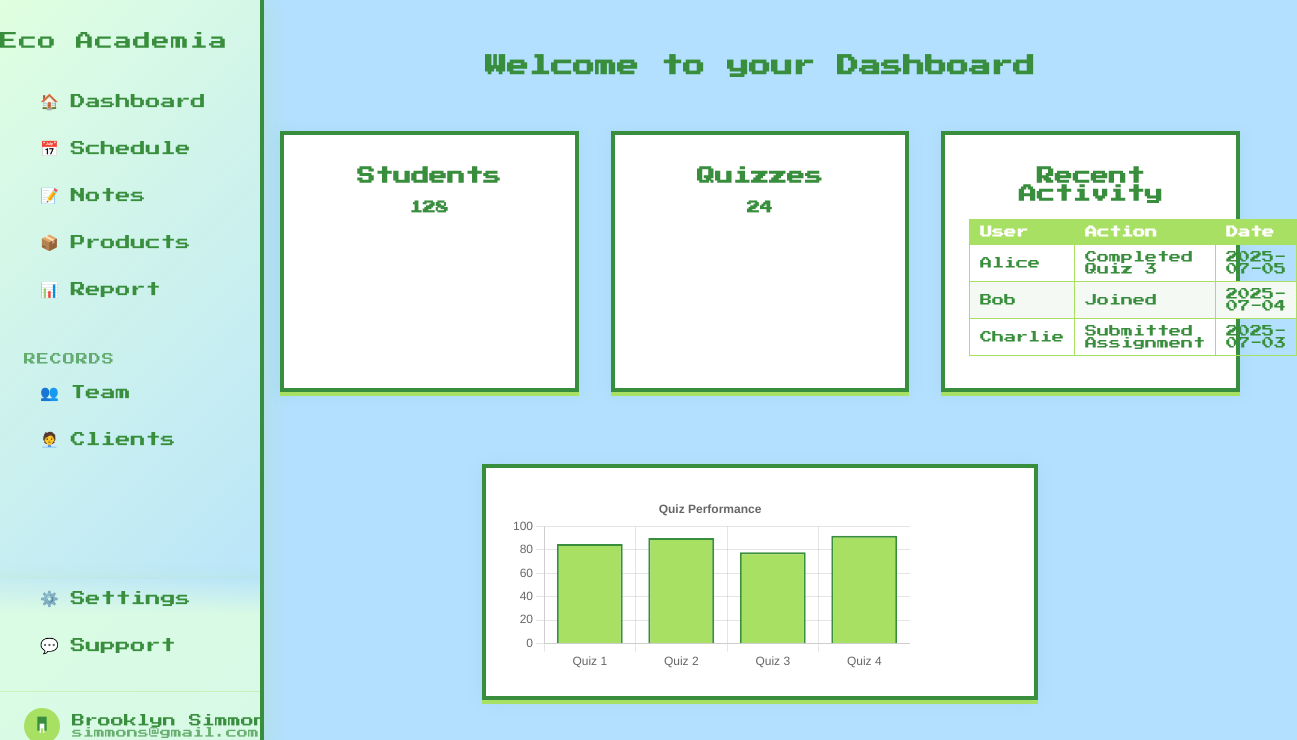
Repository: hotaruhshs/eco-academia
Page: admin/dashboard.html
The author's editor kept a copy of each file at every save. The page is drawn from the files as they stood at one save, then again after the next save.
The browser window is 1280 px wide. The page is 1297 px wide, so the pictures cover 1297 px, including what lies to the right of the window. The pictures show the whole page.

Above is the page before, as saved 2025-07-06 09:30:25.

### admin/dashboard.html
<!DOCTYPE html>
<html lang="en">
  <head>
    <meta charset="UTF-8" />
    <meta name="viewport" content="width=device-width, initial-scale=1.0" />
    <title>Eco Academia Dashboard</title>
    <link rel="stylesheet" href="css/dashboard.css" />
    <link
      href="https://fonts.googleapis.com/css2?family=Press+Start+2P&display=swap"
      rel="stylesheet"
    />
  </head>
  <body>
    <div class="sidebar">
      <div class="sidebar-header">
        <span class="sidebar-title">Eco Academia</span>
      </div>
      <div class="sidebar-content">
        <div class="sidebar-section">
          <ul>
            <li>
              <a href="#"><span>🏠</span> Dashboard</a>
            </li>
            <li>
              <a href="#"><span>📅</span> Schedule</a>
            </li>
            <li>
              <a href="#"><span>📝</span> Notes</a>
            </li>
            <li>
              <a href="#"><span>📦</span> Products</a>
            </li>
            <li>
              <a href="#"><span>📊</span> Report</a>
            </li>
          </ul>
        </div>
        <div class="sidebar-section">
          <div class="sidebar-section-title">RECORDS</div>
          <ul>
            <li>
              <a href="#"><span>👥</span> Team</a>
            </li>
            <li>
              <a href="#"><span>🧑‍💼</span> Clients</a>
            </li>
          </ul>
        </div>
      </div>
      <div class="sidebar-bottom">
        <div class="sidebar-section">
          <ul>
            <li>
              <a href="#"><span>⚙️</span> Settings</a>
            </li>
            <li>
              <a href="#"><span>💬</span> Support</a>
            </li>
          </ul>
        </div>
        <div class="sidebar-profile">
          <div class="sidebar-profile-img">
            <img
              src="images/leaf.svg"
              alt="Profile"
              width="28"
              height="28"
              style="image-rendering: pixelated"
            />
          </div>
          <div class="sidebar-profile-info">
            <span class="sidebar-profile-name">Brooklyn Simmons</span>
            <span class="sidebar-profile-email">simmons@gmail.com</span>
          </div>
        </div>
      </div>
    </div>
    <div class="main-content">
      <h1>Welcome to your Dashboard</h1>
      <div class="metrics-cards">
        <div class="card metric-card">
          <h3>Students</h3>
          <p class="metric-value">128</p>
        </div>
        <div class="card metric-card">
          <h3>Quizzes</h3>
          <p class="metric-value">24</p>
        </div>
        <div class="card metric-card">
          <h3>Recent Activity</h3>
          <table class="activity-table">
            <thead>
              <tr>
                <th>User</th>
                <th>Action</th>
                <th>Date</th>
              </tr>
            </thead>
            <tbody>
              <tr>
                <td>Alice</td>
                <td>Completed Quiz 3</td>
                <td>2025-07-05</td>
              </tr>
              <tr>
                <td>Bob</td>
                <td>Joined</td>
                <td>2025-07-04</td>
              </tr>
              <tr>
                <td>Charlie</td>
                <td>Submitted Assignment</td>
                <td>2025-07-03</td>
              </tr>
            </tbody>
          </table>
        </div>
      </div>
      <div class="charts-section">
        <canvas id="progressChart" width="400" height="180"></canvas>
      </div>
    </div>
    <script src="js/dashboard.js"></script>
  </body>
</html>

### admin/css/dashboard.css
body {
  margin: 0;
  font-family: "Press Start 2P", "Segoe UI", Tahoma, Geneva, Verdana, sans-serif;
  background: #b3e0ff;
  color: #23272e;
  min-height: 100vh;
  height: 100dvh;
  /* Remove flex layout from body to allow normal block flow */
}

body::before,
body::after {
  display: none;
}
@import url("https://fonts.googleapis.com/css2?family=Press+Start+2P&display=swap");

.sidebar {
  position: fixed;
  left: 0;
  top: 0;
  width: 260px;
  min-height: 100vh;
  height: 100vh;
  display: flex;
  flex-direction: column;
  align-items: stretch;
  justify-content: flex-start;
  background: linear-gradient(135deg, #e0ffe0 0%, #b3e0ff 100%);
  color: #388e3c;
  padding: 32px 0 0 0;
  box-shadow: 4px 0 24px #a8e06333;
  border-right: 4px solid #388e3c;
  overflow-y: auto;
}
.sidebar-content {
  flex: 1 1 auto;
  display: flex;
  flex-direction: column;
  justify-content: flex-start;
}
.sidebar-bottom {
  width: 100%;
  display: flex;
  flex-direction: column;
  align-items: stretch;
  gap: 0;
  background: linear-gradient(0deg, #e0ffe0cc 80%, transparent 100%);
  box-shadow: 0 -2px 12px #a8e06322;
  padding-bottom: 8px;
  /* Fix: ensure .sidebar-bottom is always at the very bottom */
  flex-shrink: 0;
}
.sidebar-header {
  display: flex;
  align-items: center;
  gap: 12px;
  margin-bottom: 32px;
}
.sidebar-logo {
  width: 40px;
  height: 40px;
  background: #a8e063;
  border-radius: 12px;
  display: flex;
  align-items: center;
  justify-content: center;
}
.sidebar-title {
  font-family: "Press Start 2P", cursive;
  font-size: 18px;
  color: #388e3c;
  letter-spacing: 1px;
}
.sidebar-section {
  width: 100%;
  padding: 0 24px;
  margin-bottom: 18px;
  flex-shrink: 0;
}
.sidebar-section-title {
  font-size: 12px;
  color: #388e3c;
  opacity: 0.7;
  margin: 18px 0 8px 0;
  font-family: "Press Start 2P", cursive;
  letter-spacing: 1px;
}
.sidebar ul {
  list-style: none;
  padding: 0;
  margin: 0;
  width: 100%;
}
.sidebar ul li {
  margin: 0 0 8px 0;
  transition: background 0.2s, transform 0.2s;
  border-radius: 8px;
}
.sidebar ul li a {
  color: #388e3c;
  text-decoration: none;
  font-size: 15px;
  display: flex;
  align-items: center;
  gap: 12px;
  padding: 10px 16px;
  border-radius: 8px;
  font-family: "Press Start 2P", cursive;
  background: transparent;
  transition: background 0.2s, color 0.2s;
}
.sidebar ul li a:hover,
.sidebar ul li a:focus {
  background: #a8e06333;
  color: #23272e;
  outline: none;
}
.sidebar-profile {
  width: 100%;
  padding: 16px 24px 0 24px;
  display: flex;
  align-items: center;
  gap: 12px;
  border-top: 1px solid #a8e06355;
  background: transparent;
  flex-shrink: 0;
}
.sidebar-profile-img {
  width: 36px;
  height: 36px;
  border-radius: 50%;
  background: #a8e063;
  display: flex;
  align-items: center;
  justify-content: center;
  overflow: hidden;
}
.sidebar-profile-info {
  display: flex;
  flex-direction: column;
}
.sidebar-profile-name {
  font-size: 13px;
  font-family: "Press Start 2P", cursive;
  color: #388e3c;
}
.sidebar-profile-email {
  font-size: 11px;
  color: #388e3c;
  opacity: 0.7;
}
.main-content {
  margin-left: 240px;
  padding: 40px;
  max-width: none;
  width: calc(100vw - 240px);
  box-sizing: border-box;
  display: flex;
  flex-direction: column;
  align-items: center;
}
.main-content h1 {
  color: #388e3c;
  font-family: "Press Start 2P", cursive;
  font-size: 22px;
  margin-bottom: 24px;
}
.cards {
  display: grid;
  grid-template-columns: repeat(3, 1fr);
  gap: 32px;
  margin-top: 30px;
  width: 100%;
}
.metrics-cards {
  display: grid;
  grid-template-columns: repeat(3, 1fr);
  gap: 32px;
  margin-top: 30px;
  margin-bottom: 32px;
  width: 100%;
}
.card {
  background: #fff;
  border-radius: 0;
  box-shadow: 0 4px 0 #a8e063, 0 2px 16px rgba(56, 142, 60, 0.08);
  padding: 32px 24px;
  border: 4px solid #388e3c;
  color: #388e3c;
  font-family: "Press Start 2P", "Segoe UI", Tahoma, Geneva, Verdana, sans-serif;
  text-align: center;
  transition: box-shadow 0.2s, border-color 0.2s;
  position: relative;
}
.card:hover {
  box-shadow: 0 8px 0 #a8e063, 0 4px 32px rgba(56, 142, 60, 0.18);
  border-color: #a8e063;
}
.card h3 {
  margin-top: 0;
  font-size: 18px;
  color: #388e3c;
  margin-bottom: 16px;
}
.card p {
  font-size: 13px;
  color: #388e3c;
}

/* Pixel-style button */
.btn-pixel {
  font-family: "Press Start 2P", cursive;
  background: #fff;
  color: #388e3c;
  border: 3px solid #388e3c;
  padding: 10px 24px;
  border-radius: 0;
  box-shadow: 2px 2px 0 #a8e063;
  cursor: pointer;
  transition: background 0.2s, color 0.2s;
  outline: 2px solid #a8e063;
  outline-offset: -6px;
  text-transform: uppercase;
  letter-spacing: 1px;
}
.btn-pixel:hover {
  background: #388e3c;
  color: #fff;
  border-color: #a8e063;
  outline: 2px solid #388e3c;
}

::-webkit-scrollbar {
  width: 8px;
  background: #fff;
}
::-webkit-scrollbar-thumb {
  background: #a8e063;
}
.metric-card {
  min-width: 180px;
}
.metric-value {
  font-size: 32px;
  font-weight: bold;
  color: #23272e;
  margin: 16px 0 0 0;
}
.activity-table {
  width: 100%;
  border-collapse: collapse;
  margin-top: 10px;
  font-size: 12px;
}
.activity-table th,
.activity-table td {
  border: 1px solid #a8e063;
  padding: 6px 10px;
  text-align: left;
}
.activity-table th {
  background: #a8e063;
  color: #fff;
}
.activity-table tr:nth-child(even) {
  background: #f4f9f4;
}
.charts-section {
  margin-top: 40px;
  background: #fff;
  border: 4px solid #388e3c;
  box-shadow: 0 4px 0 #a8e063, 0 2px 16px rgba(56, 142, 60, 0.08);
  padding: 24px;
  border-radius: 0;
  max-width: 500px;
  width: 100%;
  margin-left: auto;
  margin-right: auto;
}

/* Hamburger menu styles */
.hamburger {
  display: none;
  flex-direction: column;
  justify-content: center;
  align-items: center;
  width: 40px;
  height: 40px;
  cursor: pointer;
  margin-left: 10px;
  z-index: 1100;
}
.hamburger span {
  display: block;
  width: 28px;
  height: 4px;
  margin: 4px 0;
  background: #388e3c;
  border-radius: 2px;
  box-shadow: 0 1px 2px #a8e06388;
  transition: 0.3s;
}

@media (max-width: 1200px) {
  .main-content {
    padding: 20px;
    max-width: 100vw;
  }
  .metrics-cards,
  .cards {
    max-width: 100vw;
    grid-template-columns: repeat(2, 1fr);
  }
  .charts-section {
    max-width: 100vw;
  }
}
@media (max-width: 1100px) {
  .metrics-cards,
  .cards {
    grid-template-columns: repeat(2, 1fr);
  }
}
@media (max-width: 900px) {
  .sidebar {
    width: 100vw;
    height: auto;
    min-height: unset;
    flex-direction: row;
    align-items: flex-start;
    padding: 0 10px;
    border-right: none;
    border-bottom: 4px solid #388e3c;
    box-shadow: 0 4px 24px #a8e06333;
  }
  .sidebar-section,
  .sidebar-profile,
  .sidebar-bottom {
    display: none;
  }
  .sidebar-header {
    margin-bottom: 0;
  }
}

### admin/js/dashboard.js
// dashboard.js
// Add interactivity here if needed
console.log('Dashboard loaded');

// Chart.js sample bar chart for progress
window.addEventListener('DOMContentLoaded', function () {
  // Hamburger menu functionality
  const hamburger = document.getElementById('hamburgerMenu');
  const sidebarLinks = document.getElementById('sidebarLinks');
  if (hamburger && sidebarLinks) {
    hamburger.addEventListener('click', function () {
      sidebarLinks.classList.toggle('active');
    });
    hamburger.addEventListener('keydown', function(e) {
      if (e.key === 'Enter' || e.key === ' ') {
        e.preventDefault();
        sidebarLinks.classList.toggle('active');
      }
    });
  }

  if (document.getElementById('progressChart')) {
    const ctx = document.getElementById('progressChart').getContext('2d');
    // Load Chart.js from CDN if not present
    if (typeof Chart === 'undefined') {
      const script = document.createElement('script');
      script.src = 'https://cdn.jsdelivr.net/npm/chart.js';
      script.onload = () => renderChart(ctx);
      document.head.appendChild(script);
    } else {
      renderChart(ctx);
    }
  }
});

function renderChart(ctx) {
  new Chart(ctx, {
    type: 'bar',
    data: {
      labels: ['Quiz 1', 'Quiz 2', 'Quiz 3', 'Quiz 4'],
      datasets: [{
        label: 'Average Score',
        data: [85, 90, 78, 92],
        backgroundColor: '#a8e063',
        borderColor: '#388e3c',
        borderWidth: 2
      }]
    },
    options: {
      responsive: false,
      plugins: {
        legend: { display: false },
        title: { display: true, text: 'Quiz Performance' }
      },
      scales: {
        y: { beginAtZero: true, max: 100 }
      }
    }
  });
}

After the next save:
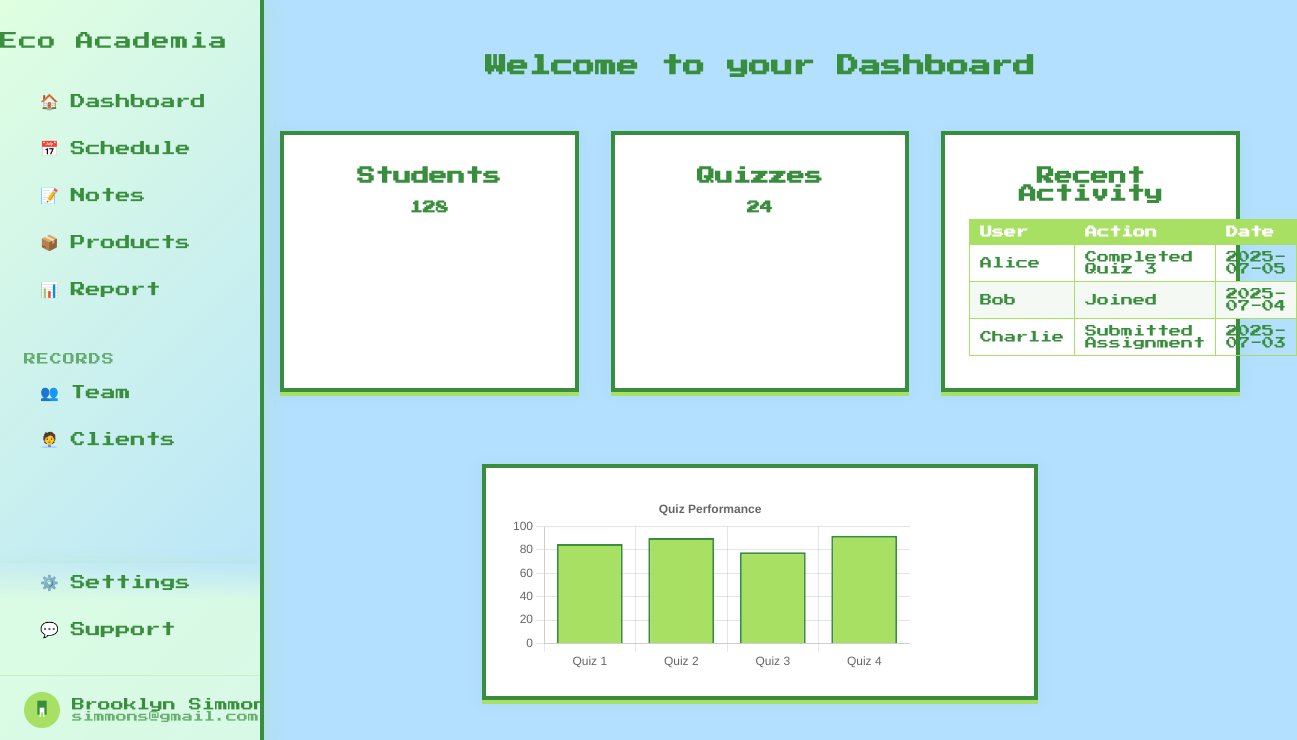
Saved 7 min 46 s later.
--- a/admin/css/dashboard.css
+++ b/admin/css/dashboard.css
@@ -117,7 +117,7 @@ body::after {
 }
 .sidebar-profile {
   width: 100%;
-  padding: 16px 24px 0 24px;
+  padding: 16px 24px 16px 24px;
   display: flex;
   align-items: center;
   gap: 12px;
